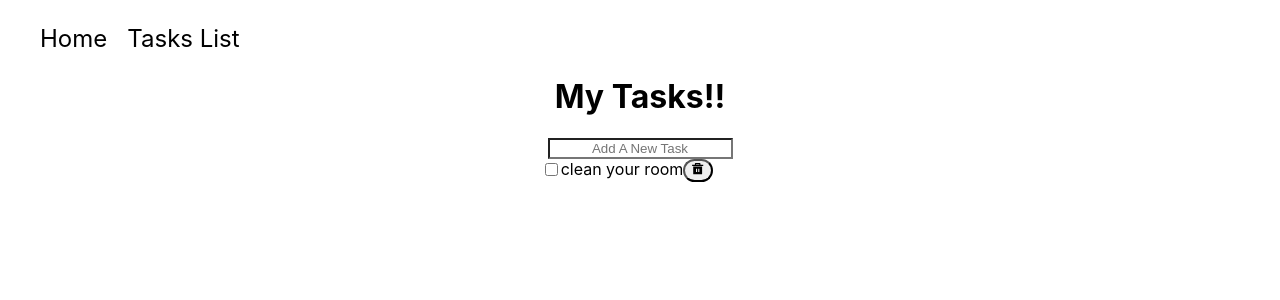
Repository: runner855/abstract_todolist
Page: /
These files come from the project's save history. The page is drawn as it stood at one moment and after the next save; the edit follows.
The browser window is 1280 px wide. The pictures show the whole page.
The project was rebuilt for these pictures with package versions that can differ from the ones it lists, and the page was loaded fresh each time.

Above is the page before, as saved 2022-11-09 12:15:22.

After the next save:
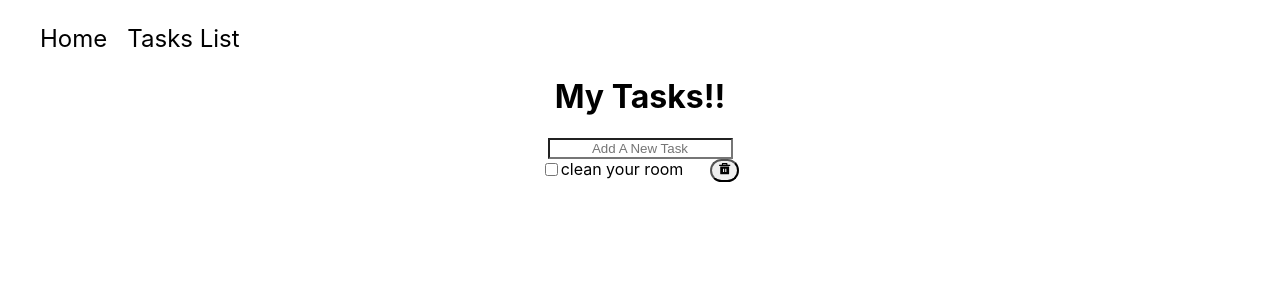
Saved 11 s later.
--- a/src/App.css
+++ b/src/App.css
@@ -17,6 +17,6 @@ button {
 
 .delete{
   border-radius: 3em 3em 3em 3em;
-  margin-right: 2em;
+  margin-left: 2em;
 
 }
